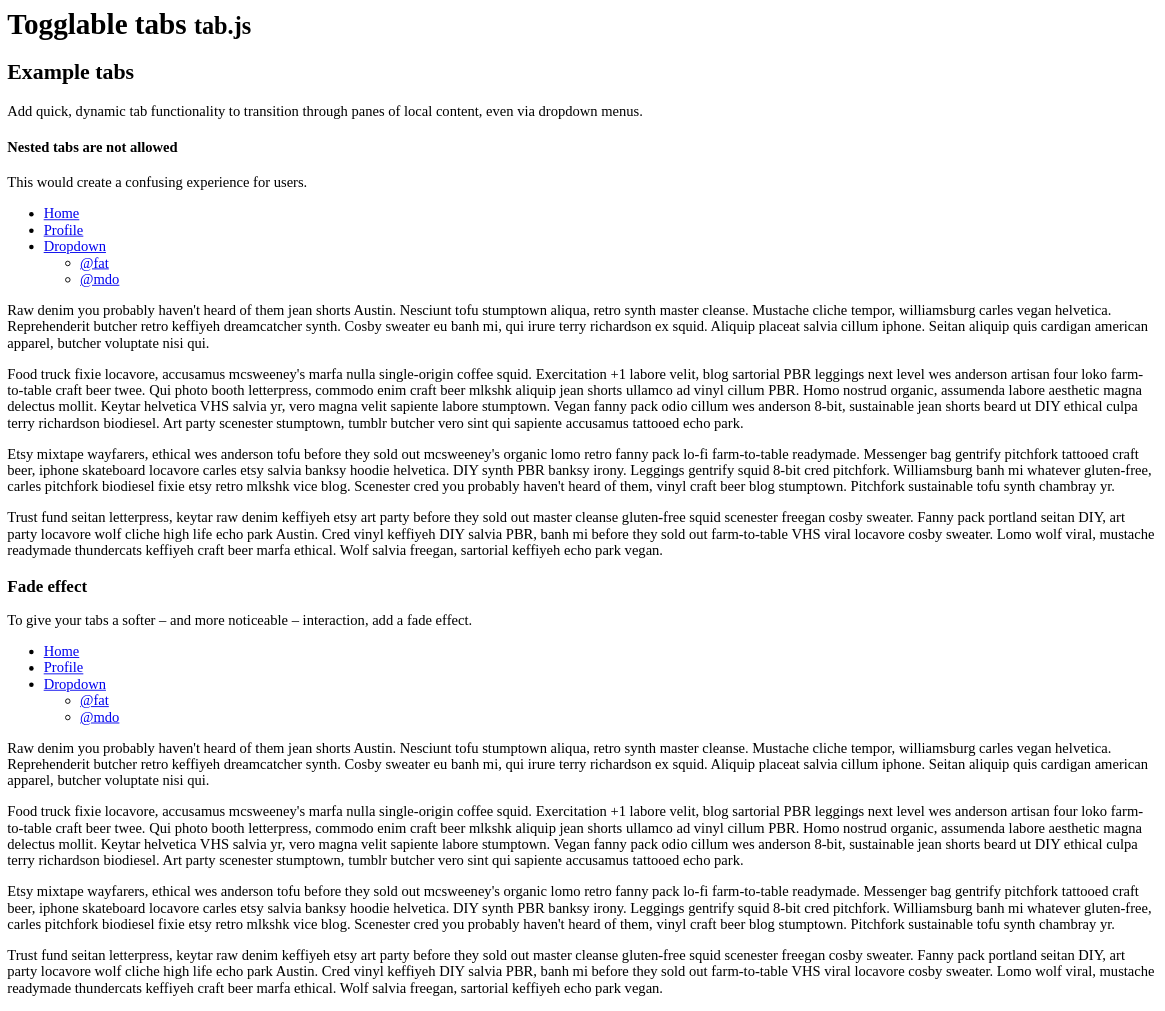
Repository: WTW-IM/bda-ui-toolkit
Page: docs/_includes/containers/tabs.html
The author's editor kept a record of every edit. The page is drawn from the files as they stood at one moment, then again after the next edit.
The browser window is 1280 px wide. The pictures show the whole page, at 91% of full size.

Above is the page before.

### docs/_includes/containers/tabs.html
<div class="bs-docs-section">
  <h1 id="tabs" class="page-header">Togglable tabs <small>tab.js</small></h1>

  <h2 id="tabs-examples">Example tabs</h2>
  <p>Add quick, dynamic tab functionality to transition through panes of local content, even via dropdown menus.</p>
  <div class="bs-callout bs-callout-warning">
    <h4>Nested tabs are not allowed</h4>
    <p>This would create a confusing experience for users.</p>
  </div>
  <div class="bs-example bs-example-tabs" data-example-id="togglable-tabs">
    <ul id="myTabs" class="tabs" role="tablist">
      <li role="presentation" class="active active-example"><a href="#home" id="home-tab" role="tab" data-toggle="tab" aria-controls="home" aria-expanded="true">Home</a></li>
      <li role="presentation"><a href="#profile" role="tab" id="profile-tab" data-toggle="tab" aria-controls="profile">Profile</a></li>
      <li role="presentation" class="dropdown">
        <a href="#" id="myTabDrop1" class="dropdown-toggle" data-toggle="dropdown" aria-controls="myTabDrop1-contents">Dropdown <span class="caret"></span></a>
        <ul class="dropdown-menu" aria-labelledby="myTabDrop1" id="myTabDrop1-contents">
          <li><a href="#dropdown1" role="tab" id="dropdown1-tab" data-toggle="tab" aria-controls="dropdown1">@fat</a></li>
          <li><a href="#dropdown2" role="tab" id="dropdown2-tab" data-toggle="tab" aria-controls="dropdown2">@mdo</a></li>
        </ul>
      </li>
    </ul>
    <div id="myTabContent" class="tab-content">
      <div role="tabpanel" class="tab-pane in active" id="home" aria-labelledBy="home-tab">
        <p>Raw denim you probably haven't heard of them jean shorts Austin. Nesciunt tofu stumptown aliqua, retro synth master cleanse. Mustache cliche tempor, williamsburg carles vegan helvetica. Reprehenderit butcher retro keffiyeh dreamcatcher synth. Cosby sweater eu banh mi, qui irure terry richardson ex squid. Aliquip placeat salvia cillum iphone. Seitan aliquip quis cardigan american apparel, butcher voluptate nisi qui.</p>
      </div>
      <div role="tabpanel" class="tab-pane" id="profile" aria-labelledBy="profile-tab">
        <p>Food truck fixie locavore, accusamus mcsweeney's marfa nulla single-origin coffee squid. Exercitation +1 labore velit, blog sartorial PBR leggings next level wes anderson artisan four loko farm-to-table craft beer twee. Qui photo booth letterpress, commodo enim craft beer mlkshk aliquip jean shorts ullamco ad vinyl cillum PBR. Homo nostrud organic, assumenda labore aesthetic magna delectus mollit. Keytar helvetica VHS salvia yr, vero magna velit sapiente labore stumptown. Vegan fanny pack odio cillum wes anderson 8-bit, sustainable jean shorts beard ut DIY ethical culpa terry richardson biodiesel. Art party scenester stumptown, tumblr butcher vero sint qui sapiente accusamus tattooed echo park.</p>
      </div>
      <div role="tabpanel" class="tab-pane" id="dropdown1" aria-labelledBy="dropdown1-tab">
        <p>Etsy mixtape wayfarers, ethical wes anderson tofu before they sold out mcsweeney's organic lomo retro fanny pack lo-fi farm-to-table readymade. Messenger bag gentrify pitchfork tattooed craft beer, iphone skateboard locavore carles etsy salvia banksy hoodie helvetica. DIY synth PBR banksy irony. Leggings gentrify squid 8-bit cred pitchfork. Williamsburg banh mi whatever gluten-free, carles pitchfork biodiesel fixie etsy retro mlkshk vice blog. Scenester cred you probably haven't heard of them, vinyl craft beer blog stumptown. Pitchfork sustainable tofu synth chambray yr.</p>
      </div>
      <div role="tabpanel" class="tab-pane" id="dropdown2" aria-labelledBy="dropdown2-tab">
        <p>Trust fund seitan letterpress, keytar raw denim keffiyeh etsy art party before they sold out master cleanse gluten-free squid scenester freegan cosby sweater. Fanny pack portland seitan DIY, art party locavore wolf cliche high life echo park Austin. Cred vinyl keffiyeh DIY salvia PBR, banh mi before they sold out farm-to-table VHS viral locavore cosby sweater. Lomo wolf viral, mustache readymade thundercats keffiyeh craft beer marfa ethical. Wolf salvia freegan, sartorial keffiyeh echo park vegan.</p>
      </div>
    </div>
  </div><!-- /example -->

  <h3>Fade effect</h3>
  <p>To give your tabs a softer &ndash; and more noticeable &ndash; interaction, add a fade effect.</p>
  <div class="bs-example bs-example-tabs" data-example-id="togglable-tabs-fade">
    <ul id="myTabsFade" class="tabs" role="tablist">
      <li role="presentation" class="active active-example"><a href="#home-fade" id="home-tab-fade" role="tab" data-toggle="tab" aria-controls="home-fade" aria-expanded="true">Home</a></li>
      <li role="presentation"><a href="#profile-fade" role="tab" id="profile-tab-fade" data-toggle="tab" aria-controls="profile-fade">Profile</a></li>
      <li role="presentation" class="dropdown">
        <a href="#" id="myTabDrop1-fade" class="dropdown-toggle" data-toggle="dropdown" aria-controls="myTabDrop1-contents-fade">Dropdown <span class="caret"></span></a>
        <ul class="dropdown-menu" aria-labelledby="myTabDrop1" id="myTabDrop1-contents-fade">
          <li><a href="#dropdown1-fade" role="tab" id="dropdown1-tab-fade" data-toggle="tab" aria-controls="dropdown1-fade">@fat</a></li>
          <li><a href="#dropdown2-fade" role="tab" id="dropdown2-tab-fade" data-toggle="tab" aria-controls="dropdown2-fade">@mdo</a></li>
        </ul>
      </li>
    </ul>
    <div id="myTabContent-fade" class="tab-content">
      <div role="tabpanel" class="tab-pane fade in active" id="home-fade" aria-labelledBy="home-tab-fade">
        <p>Raw denim you probably haven't heard of them jean shorts Austin. Nesciunt tofu stumptown aliqua, retro synth master cleanse. Mustache cliche tempor, williamsburg carles vegan helvetica. Reprehenderit butcher retro keffiyeh dreamcatcher synth. Cosby sweater eu banh mi, qui irure terry richardson ex squid. Aliquip placeat salvia cillum iphone. Seitan aliquip quis cardigan american apparel, butcher voluptate nisi qui.</p>
      </div>
      <div role="tabpanel" class="tab-pane fade" id="profile-fade" aria-labelledBy="profile-tab-fade">
        <p>Food truck fixie locavore, accusamus mcsweeney's marfa nulla single-origin coffee squid. Exercitation +1 labore velit, blog sartorial PBR leggings next level wes anderson artisan four loko farm-to-table craft beer twee. Qui photo booth letterpress, commodo enim craft beer mlkshk aliquip jean shorts ullamco ad vinyl cillum PBR. Homo nostrud organic, assumenda labore aesthetic magna delectus mollit. Keytar helvetica VHS salvia yr, vero magna velit sapiente labore stumptown. Vegan fanny pack odio cillum wes anderson 8-bit, sustainable jean shorts beard ut DIY ethical culpa terry richardson biodiesel. Art party scenester stumptown, tumblr butcher vero sint qui sapiente accusamus tattooed echo park.</p>
      </div>
      <div role="tabpanel" class="tab-pane fade" id="dropdown1-fade" aria-labelledBy="dropdown1-tab-fade">
        <p>Etsy mixtape wayfarers, ethical wes anderson tofu before they sold out mcsweeney's organic lomo retro fanny pack lo-fi farm-to-table readymade. Messenger bag gentrify pitchfork tattooed craft beer, iphone skateboard locavore carles etsy salvia banksy hoodie helvetica. DIY synth PBR banksy irony. Leggings gentrify squid 8-bit cred pitchfork. Williamsburg banh mi whatever gluten-free, carles pitchfork biodiesel fixie etsy retro mlkshk vice blog. Scenester cred you probably haven't heard of them, vinyl craft beer blog stumptown. Pitchfork sustainable tofu synth chambray yr.</p>
      </div>
      <div role="tabpanel" class="tab-pane fade" id="dropdown2-fade" aria-labelledBy="dropdown2-tab-fade">
        <p>Trust fund seitan letterpress, keytar raw denim keffiyeh etsy art party before they sold out master cleanse gluten-free squid scenester freegan cosby sweater. Fanny pack portland seitan DIY, art party locavore wolf cliche high life echo park Austin. Cred vinyl keffiyeh DIY salvia PBR, banh mi before they sold out farm-to-table VHS viral locavore cosby sweater. Lomo wolf viral, mustache readymade thundercats keffiyeh craft beer marfa ethical. Wolf salvia freegan, sartorial keffiyeh echo park vegan.</p>
      </div>
    </div>
  </div><!-- /example -->
</div>

After the next edit:
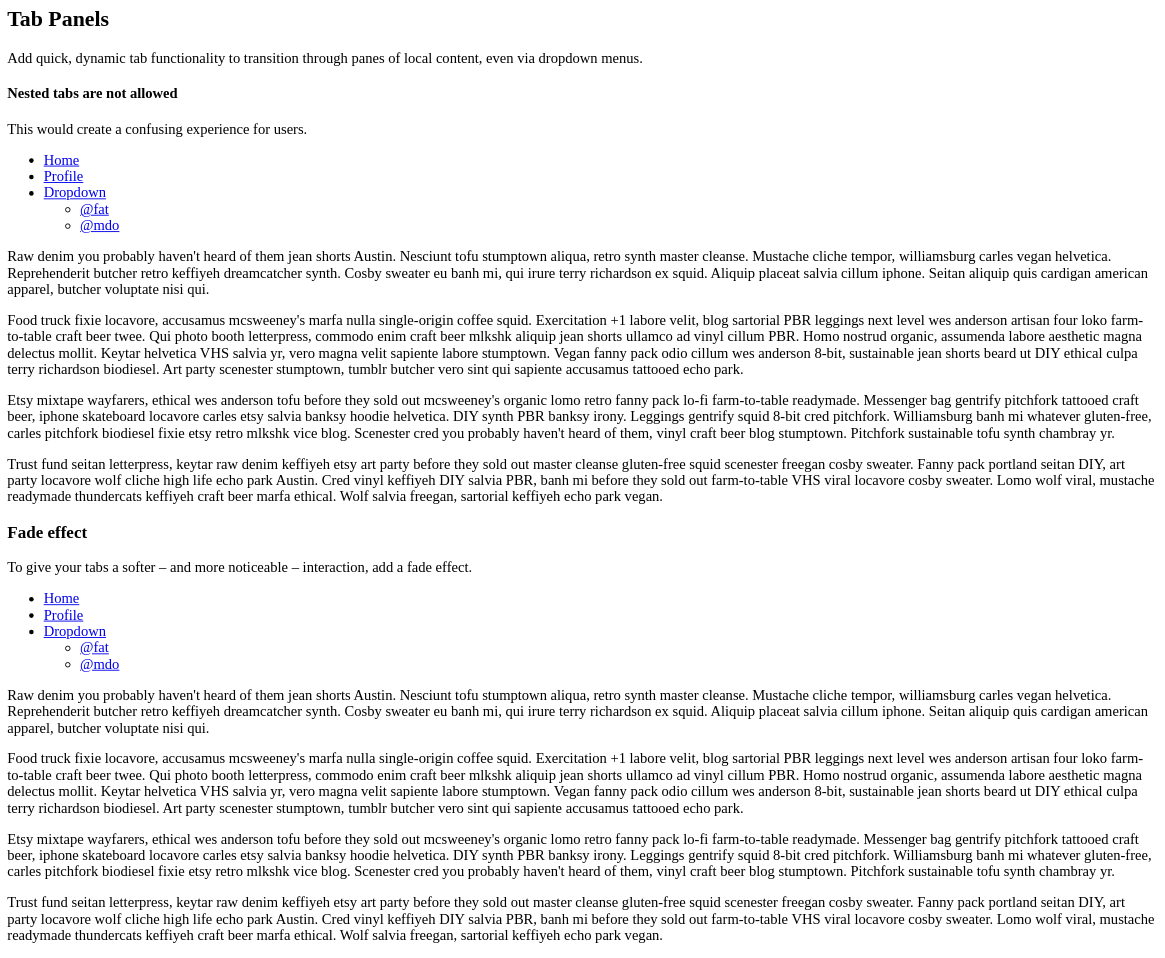
The edit:
--- a/docs/_includes/containers/tabs.html
+++ b/docs/_includes/containers/tabs.html
@@ -1,7 +1,5 @@
 <div class="bs-docs-section">
-  <h1 id="tabs" class="page-header">Togglable tabs <small>tab.js</small></h1>
-
-  <h2 id="tabs-examples">Example tabs</h2>
+  <h2 id="tabs" class="page-header">Tab Panels</h2>
   <p>Add quick, dynamic tab functionality to transition through panes of local content, even via dropdown menus.</p>
   <div class="bs-callout bs-callout-warning">
     <h4>Nested tabs are not allowed</h4>
